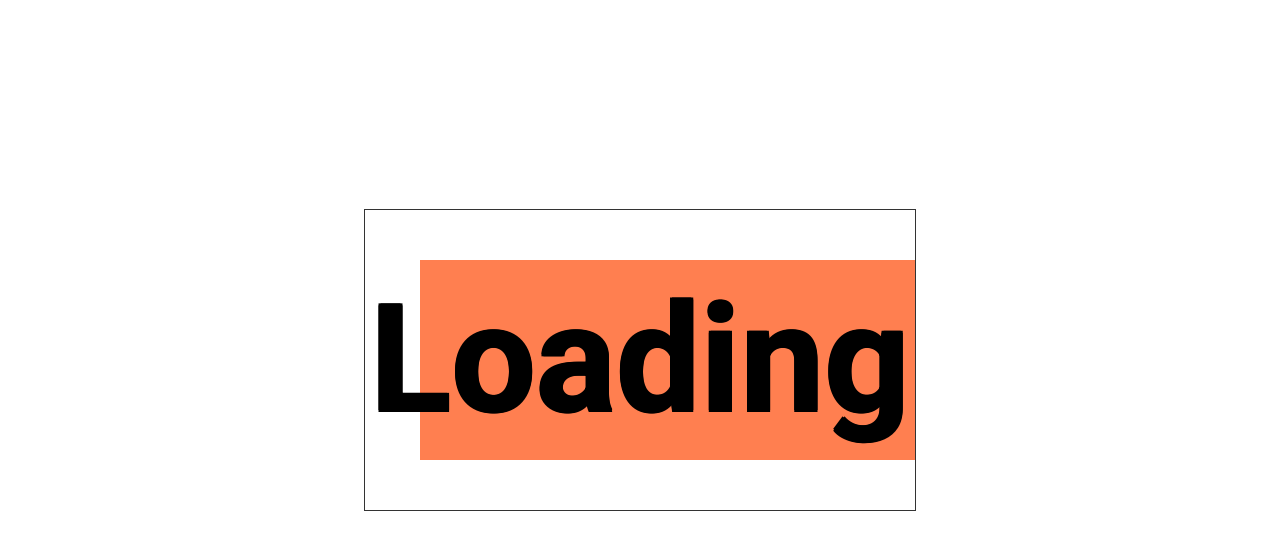
Repository: safak/animation
Page: index-4.html
An editor plug-in stored every save of this project. The page is shown before and after the next save, followed by the edit.
The browser window is 1280 px wide. The pictures show the whole page.

Above is the page before, as saved 2020-12-17 00:30:00.

### index-4.html
<html lang="en">
  <head>
    <meta charset="UTF-8" />
    <meta name="viewport" content="width=device-width, initial-scale=1.0" />
    <link rel="stylesheet" href="style.css" />
    <link
      href="https://fonts.googleapis.com/css2?family=Roboto:wght@300;400;500;700;900&display=swap"
      rel="stylesheet"
    />
    <link
      rel="stylesheet"
      href="https://cdnjs.cloudflare.com/ajax/libs/font-awesome/5.15.1/css/all.min.css"
      integrity="sha512-+4zCK9k+qNFUR5X+cKL9EIR+ZOhtIloNl9GIKS57V1MyNsYpYcUrUeQc9vNfzsWfV28IaLL3i96P9sdNyeRssA=="
      crossorigin="anonymous"
    />
    <title>Document</title>
  </head>
  <body>
    <div class="container">
      <h1>Loading</h1>
      <div class="fill"></div>
    </div>
    </div>
  </body>
</html>

### style.css
* {
  margin: 0;
}

body {
  display: flex;
  align-items: center;
  justify-content: center;
  font-family: "Roboto", sans-serif;
}

.container {
  width: 300px;
  height: 300px;
  display: flex;
  flex-direction: column;
  align-items: center;
  justify-content: center;
}

/* PAGE1

h1{
  color: coral;
}

.circle-container {
  display: flex;
}

.circle {
  width: 20px;
  height: 20px;
  border-radius: 50%;
  margin: 10px;
  animation: loading 1s infinite;
  opacity: 0;
}

.circle-1{
  background-color: tomato;
}

.circle-2{
  background-color: salmon;
}

.circle-3{
  background-color: coral;
}

@keyframes loading {
  100% {
    opacity: 1;
  }
} */

/* PAGE2

h1 {
  color: coral;
}

.circle-container {
  display: flex;
}

.circle {
  width: 20px;
  height: 20px;
  border-radius: 50%;
  margin: 10px;
  animation: loading .5s infinite alternate;
}

.circle-1 {
  background-color: tomato;
}

.circle-2 {
  background-color: salmon;
}

.circle-3 {
  background-color: coral;
}

@keyframes loading {
  25% {
    transform: translate(10px, -10px);
  }
  50% {
    transform: translate(20px, -20px);
  }
  75% {
    transform: translate(30px, -10px);
  }
  100% {
    transform: translate(30px, 0px);
  }
} */

/* PAGE3

h1 {
  color: coral;
  font-weight: 300;
  margin-top: ;
}

.circle-container {
  display: flex;
  border-bottom: 2px solid lightcoral;
  padding: 0px;
}

.circle {
  width: 20px;
  height: 20px;
  border-radius: 50%;
  margin: 0px 10px;
  animation: loading 0.5s infinite alternate;
}

.circle-1 {
  background-color: tomato;
}

.circle-2 {
  background-color: salmon;
  animation-delay: 0.1s;
}

.circle-3 {
  background-color: coral;
  animation-delay: .2s;
}

@keyframes loading {
  100% {
    transform: translateY(-100px);
  }
} */

/* PAGE3 */

.container {
  width: 550px;
  border: 1px solid #333;
  position: relative;
  overflow: hidden;
}

h1 {
  font-size: 150px;
  width: 100%;
  height: 100%;
  display: flex;
  align-items: center;
  justify-content: center;
  text-shadow: -1px -1px 0 #000, 1px -1px 0 #000, -1px 1px 0 #000,
    1px 1px 0 #000;
  z-index: 1;

}

.fill {
  position: absolute;
  left: 10%;
  width: 100%;
  height: 200px;
  background-color: coral;
  z-index: 0;
}

After the next save:
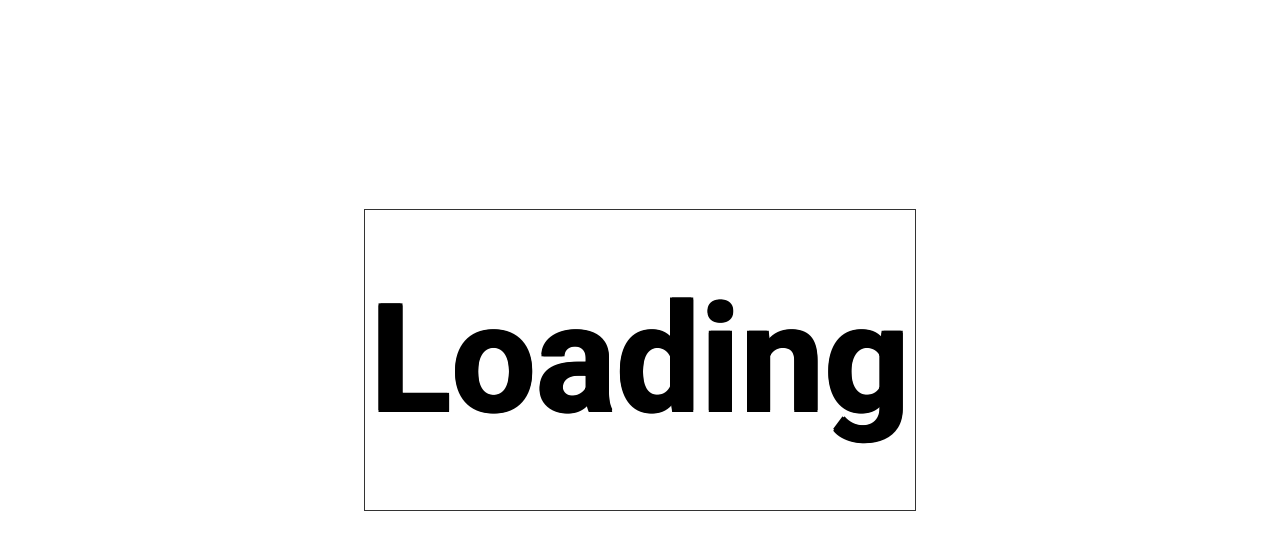
Saved 3 s later.
--- a/style.css
+++ b/style.css
@@ -166,7 +166,7 @@ h1 {
 
 .fill {
   position: absolute;
-  left: 10%;
+  left: -100%;
   width: 100%;
   height: 200px;
   background-color: coral;
